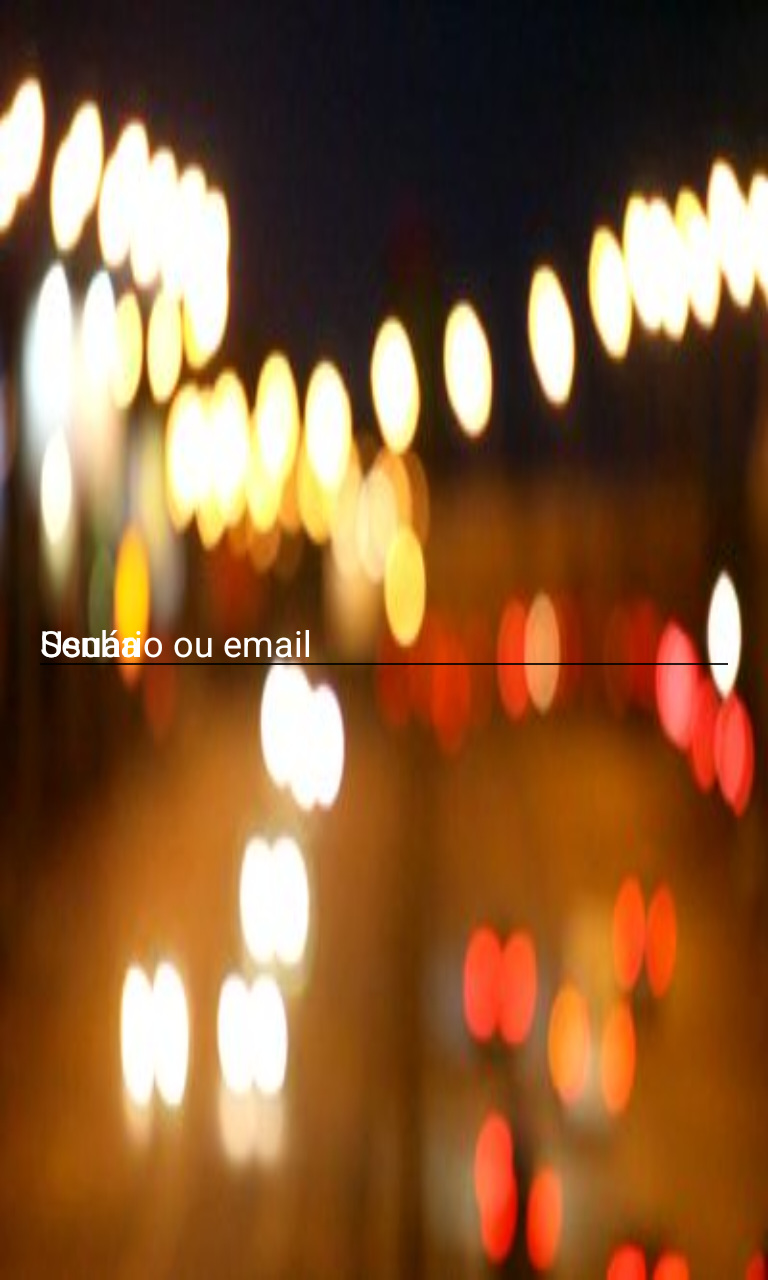
Repository: wellingtondessuy/AppLearning
Layout: HappyApp/res/layout/activity_login.xml
An editor plug-in stored every save of this project. The layout is shown before and after a run of saves, followed by the edit.
It is drawn on a 768 x 1280 px phone screen (xhdpi) without system bars, with theme AppTheme; the app's code is not run.

Above is the layout before, as saved 2015-05-22 19:06:44.

After the next 2 saves:
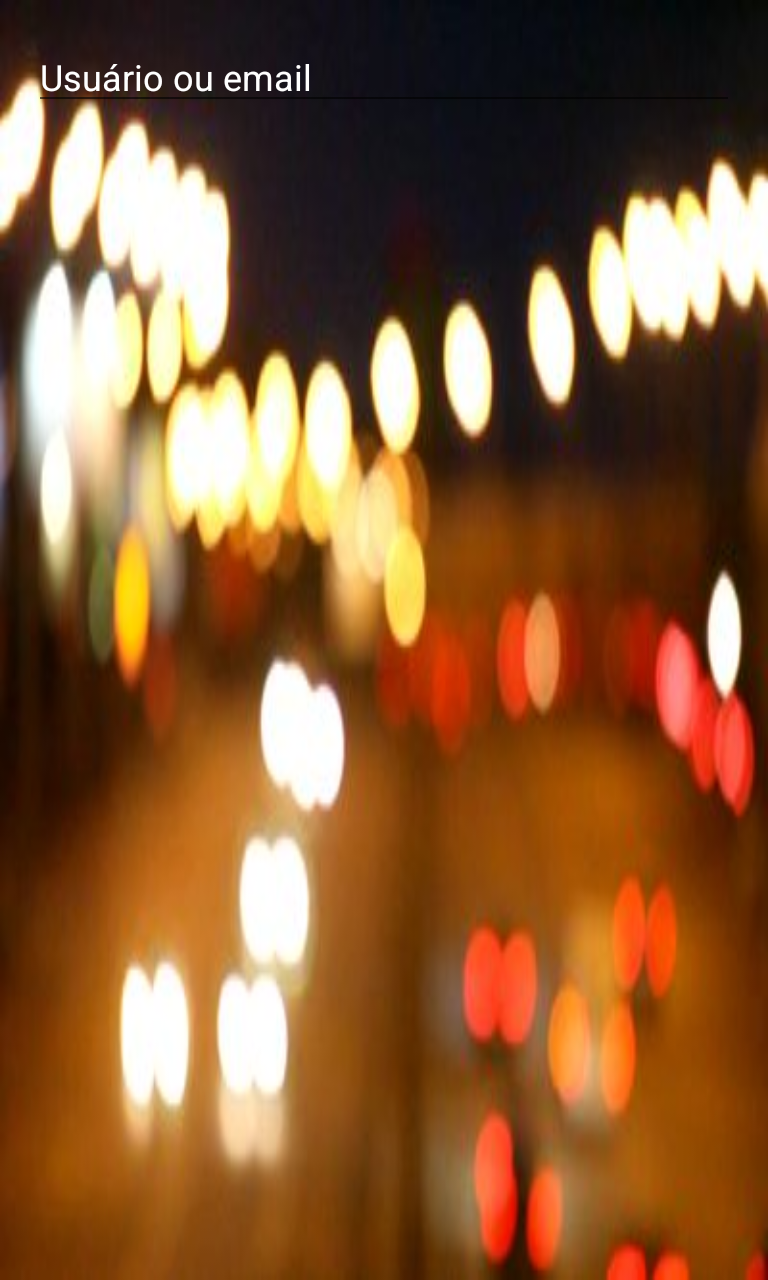
The 2 saves are shown as one change because they came seconds apart.
The last was saved 27 s later.
--- a/HappyApp/res/layout/activity_login.xml
+++ b/HappyApp/res/layout/activity_login.xml
@@ -9,27 +9,21 @@
     android:background="@drawable/back_wf"
     tools:context="com.example.happyapp.LoginActivity" >
 
-    <RelativeLayout
-        android:layout_gravity="center"
-        android:layout_width="wrap_content"
-        android:layout_height="wrap_content">
+    <EditText
+        android:id="@+id/login_user"
+        android:hint="@string/username_or_email"
+        android:textColorHint="#FFFFFF"
+        android:layout_width="fill_parent"
+        android:layout_height="wrap_content"
+        />
 
-	    <EditText
-	        android:id="@+id/login_user"
-	        android:hint="@string/username_or_email"
-	        android:textColorHint="#FFFFFF"
-	        android:layout_width="fill_parent"
-	        android:layout_height="wrap_content"
-	        />
-
-	    <EditText
-	        android:id="@+id/login_password"
-	        android:hint="@string/password"
-	        android:textColorHint="#FFFFFF"
-	        android:inputType="textPassword"
-	        android:layout_width="fill_parent"
-	        android:layout_height="wrap_content"
-	        />
-    </RelativeLayout>
+    <EditText
+        android:id="@+id/login_password"
+        android:hint="@string/password"
+        android:textColorHint="#FFFFFF"
+        android:inputType="textPassword"
+        android:layout_width="fill_parent"
+        android:layout_height="wrap_content"
+        />
 
 </LinearLayout>
